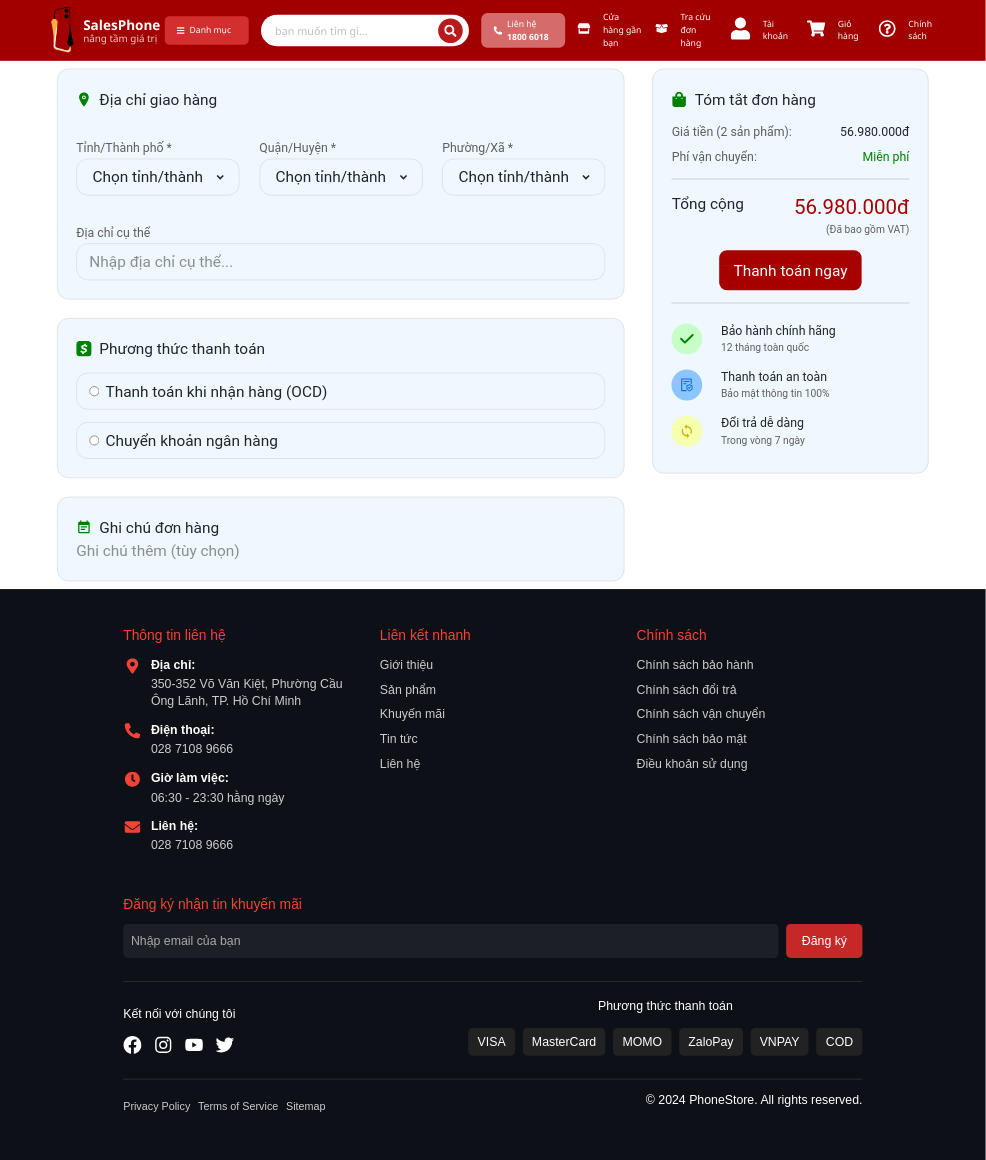
Repository: nguyenhuuluanTTB/cn-da22ttb-nguyenhuuluan-website_salesphone-nextjs_nodejs
Page: /order (app in Project_SalesPhone/client/salesphone/)
An editor plug-in stored every save of this project. The page is shown before and after the next save, followed by the edit.
The browser window is 1280 px wide. The pictures show the whole page, at 77% of full size.
The project was rebuilt for these pictures with package versions that can differ from the ones it lists, and the page was loaded fresh each time. The framework's server and built-in components were replaced by stand-ins that run in the browser. Also part of the build but not shown: Project_SalesPhone/client/salesphone/next.config.ts.

Above is the page before, as saved 2025-12-02 03:02:36.

After the next save:
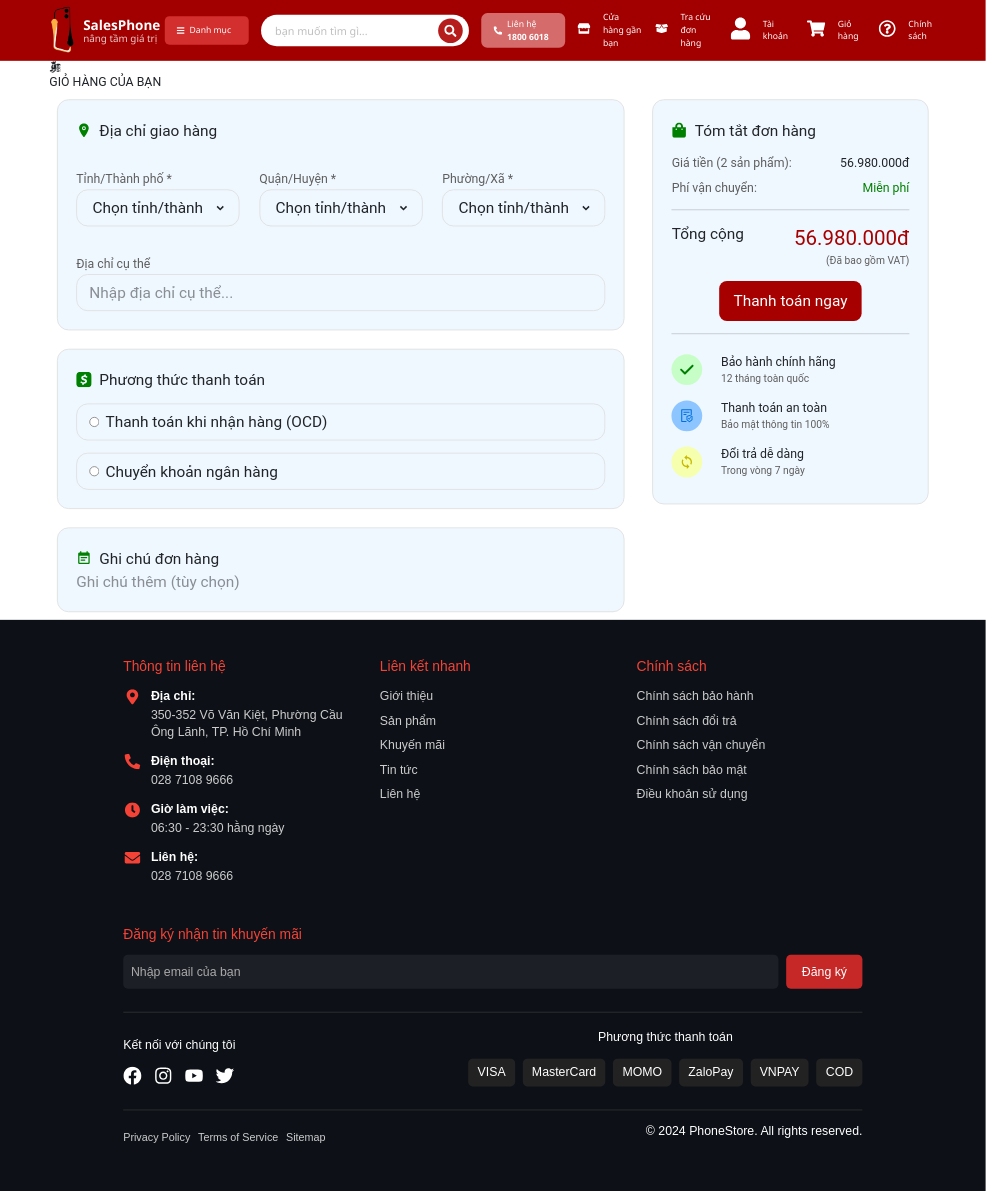
Saved 81 s later.
--- a/Project_SalesPhone/client/salesphone/app/order/page.tsx
+++ b/Project_SalesPhone/client/salesphone/app/order/page.tsx
@@ -7,6 +7,7 @@
 import { FaShoppingBag } from "react-icons/fa";
 import { FaCheck } from "react-icons/fa6";
 import { AiOutlineFileProtect } from "react-icons/ai";
+import { GiCash } from "react-icons/gi";
 
 export default function Order () {
 
@@ -15,7 +16,12 @@
 
             <div className={styles.container}> {/*container */}
 
-
+                <div className={styles.title}> {/*Đây là phần title */}
+                   <div className={styles.icon_cart}>
+                       <GiCash />
+                   </div>
+                   <span>GIỎ HÀNG CỦA BẠN</span>
+                </div>
                 <div className={styles.gridContainer}>
 
                     <div className={`${styles.item} ${styles.item1}`}>
